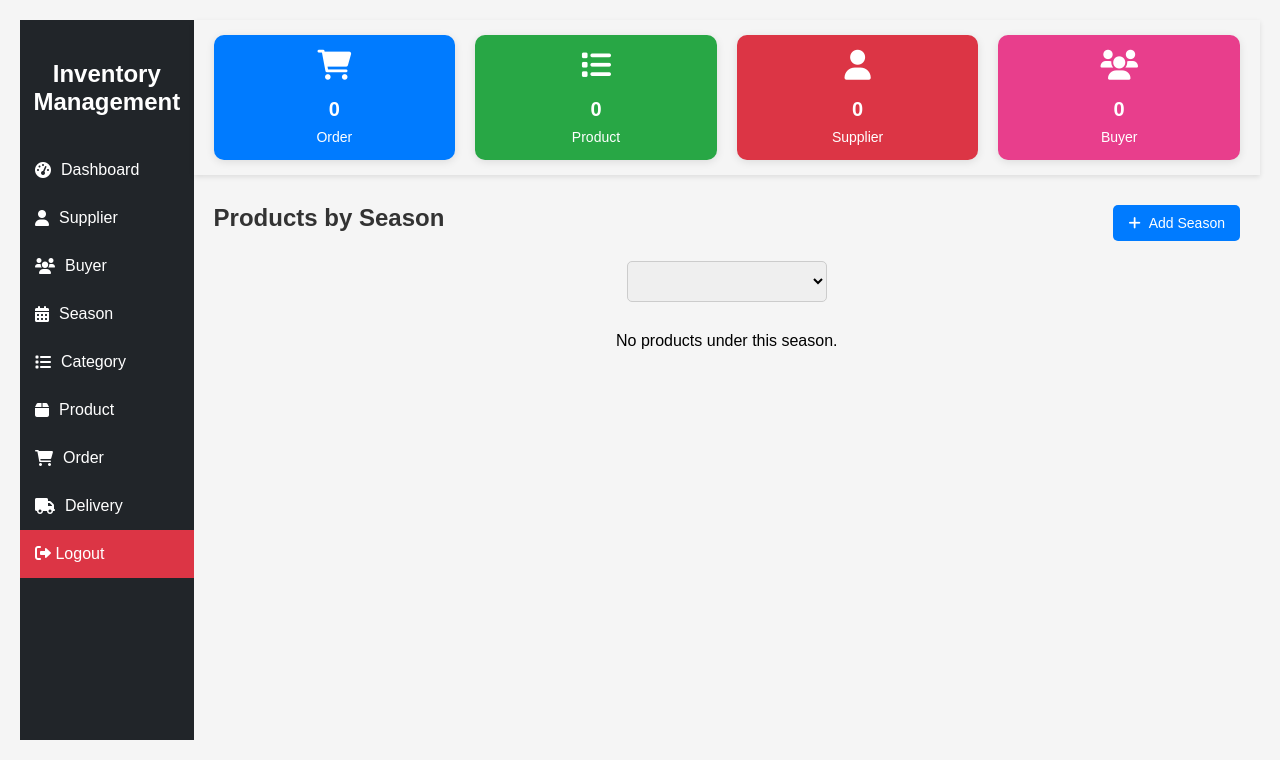
Repository: Fail2/Inventory_Management
Page: http://localhost/accounts/products/by/season/
The author's editor kept a copy of each file at every save. The page is drawn from the files as they stood at one save, then again after the next save.
The browser window is 1280 px wide. The pictures show the whole page.
The page is served by the project's application, run on Django 5.2 (inventory_management/manage.py). Queries for data that is not in the repository find no rows.

Above is the page before, as saved 2025-05-02 11:39:21.

After the next save:
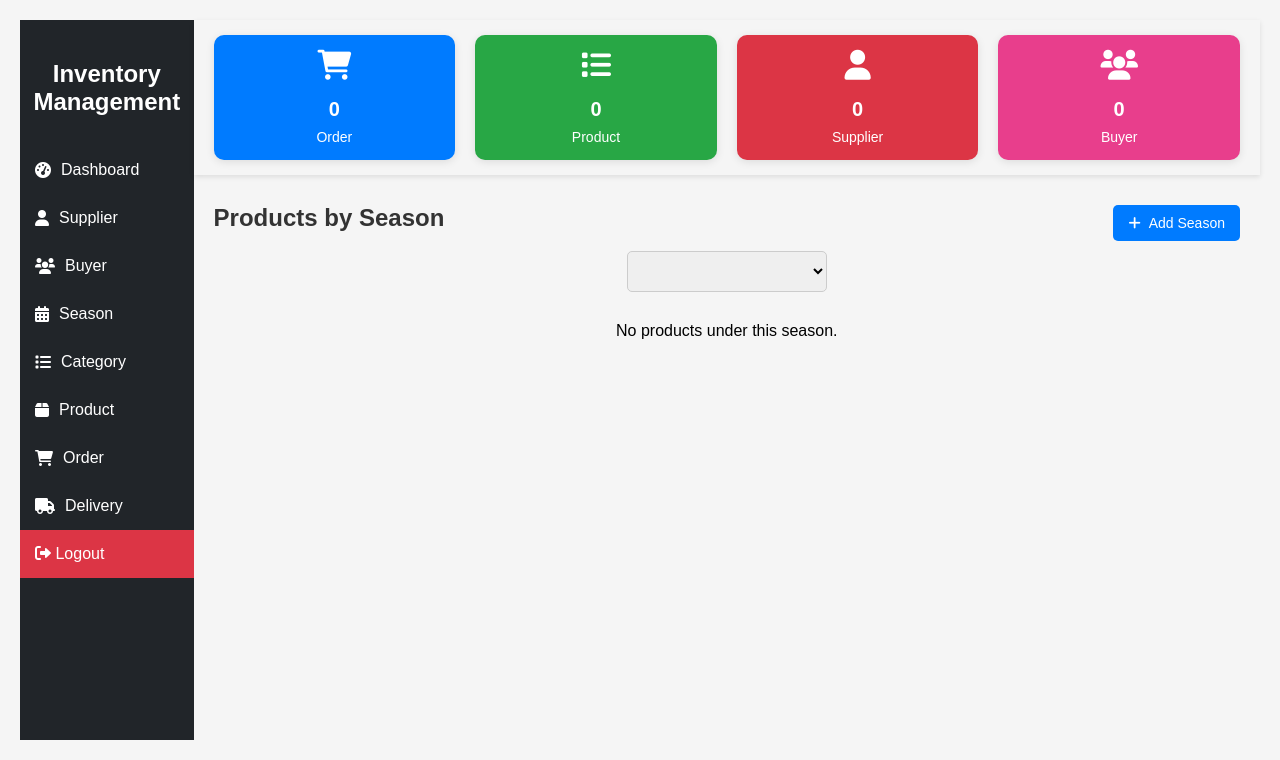
Saved 4 min 4 s later.
--- a/inventory_management/accounts/templates/accounts/grouped_product_list.html
+++ b/inventory_management/accounts/templates/accounts/grouped_product_list.html
@@ -1,6 +1,6 @@
 {% extends 'accounts/admin_base.html' %}
 {% block title %}Products by {{ group_by|title }}{% endblock %}
-{%load custom_tags}
+{% load custom_tags %}
 {% block extra_css %}
 <link rel="stylesheet" href="https://cdnjs.cloudflare.com/ajax/libs/font-awesome/6.0.0/css/all.min.css">
 <style>
@@ -16,7 +16,7 @@
         justify-content: space-between;
         align-items: center;
         flex-wrap: wrap;
-        margin-bottom: 20px;
+        margin-bottom: 10px;
     }
 
     .header h2 {
@@ -43,13 +43,13 @@
         background: #0056b3;
     }
 
-    .dropdown-form {
+    .dropdown-container {
         display: flex;
         justify-content: center;
         margin-bottom: 30px;
     }
 
-    .dropdown-form select {
+    .dropdown-container select {
         padding: 10px;
         font-size: 16px;
         border-radius: 5px;
@@ -167,7 +167,7 @@
             gap: 10px;
         }
 
-        .dropdown-form select {
+        .dropdown-container select {
             width: 100%;
         }
 
@@ -192,15 +192,17 @@
     {% endif %}
 </div>
 
-<form method="get" class="dropdown-form">
-    <select name="group_id" onchange="this.form.submit()">
-        {% for group in groups %}
-            <option value="{{ group.id }}" {% if selected_group and group.id == selected_group.id %}selected{% endif %}>
-                {{ group.name }}
-            </option>
-        {% endfor %}
-    </select>
-</form>
+<div class="dropdown-container">
+    <form method="get">
+        <select name="group_id" onchange="this.form.submit()">
+            {% for group in groups %}
+                <option value="{{ group.id }}" {% if selected_group and group.id == selected_group.id %}selected{% endif %}>
+                    {{ group.name }}
+                </option>
+            {% endfor %}
+        </select>
+    </form>
+</div>
 
 {% if products %}
     <div class="product-grid">
